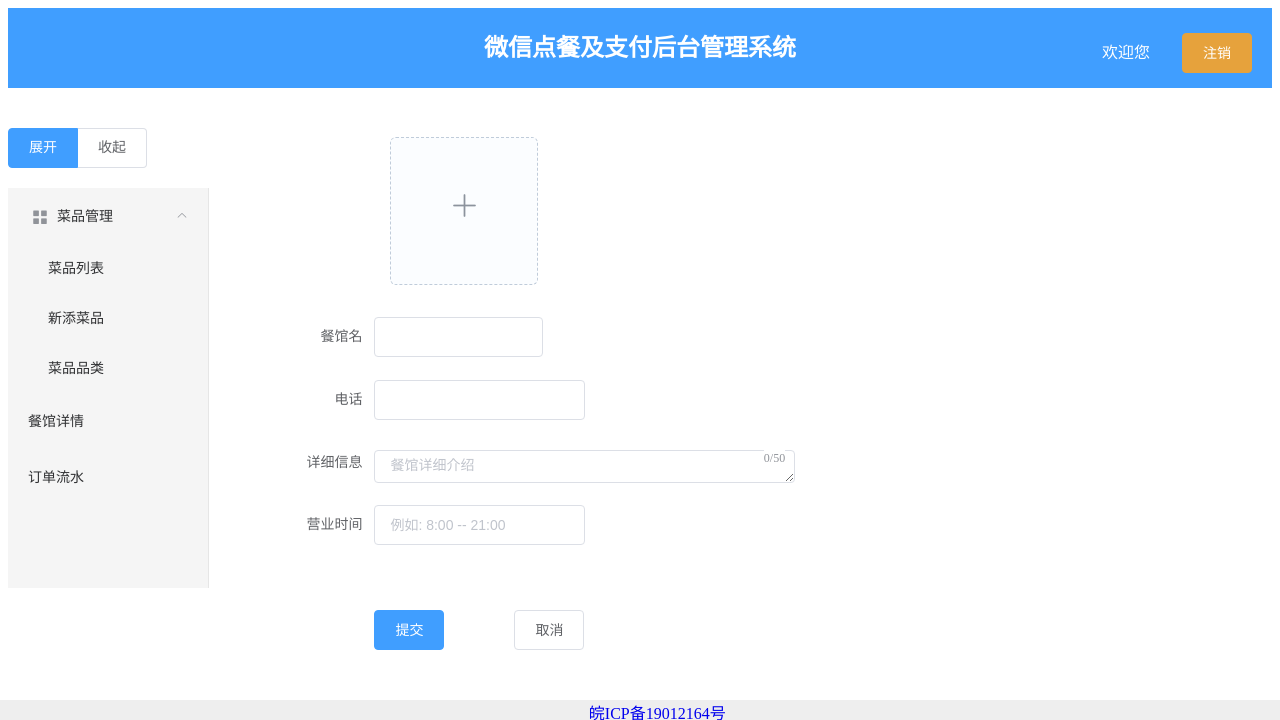
Repository: align-shi/order-web
Page: /pointpayment/hotelTable
These files come from the project's save history. The page is drawn as it stood at one moment and after the next save; the edit follows.
The browser window is 1280 px wide. The pictures show the whole page.
The page's requests for data from a server got no answer. The project was rebuilt for these pictures with package versions that can differ from the ones it lists, and the page was loaded fresh each time. No one was signed in, and anything a server would have sent is missing. Also part of the build but not shown: src/pages/login.vue.

Above is the page before, as saved 2020-03-11 21:22:47.

### index.html
<!DOCTYPE html>
<html>
  <head>
    <meta charset="utf-8">
    <meta name="viewport" content="width=device-width,initial-scale=1.0">
    <title>pointpayment_ele</title>
  </head>
  <body>
    <div id="app"></div>
    <!-- built files will be auto injected -->
  </body>
  <div style="position: fixed;left: 0px;bottom: 0px;width: 100%;height:20px;background-color: #eee;">
    <a href="http://www.beian.miit.gov.cn" target="_blank" style="margin-left: 46%">皖ICP备19012164号</a>
  </div>
</html>

### src/App.vue
<template>
  <div id="app">
    <transition name="fade" mode="out-in">
			<router-view></router-view>
		</transition>
  </div>
</template>

<script>
export default {
  name: 'App'
}
</script>

<style>
  .header{
    background-color: #409EFF;
    color: white;
    text-align: center;
  }
</style>

### src/pages/main.vue
<template>
    <div>
        <el-container>
            <el-header class="header" height="80px">
                <headers></headers>
            </el-header>
            <el-main>
                <!-- <span v-if="!user" class="loginFont">
                        <el-button type="success"  @click="login">点击登录</el-button>
                </span>   -->
                <div class="centerContent">
                    <transition name="fade" mode="out-in">
						<router-view></router-view>
					</transition>
                </div>

            </el-main>

            <el-aside>
                    <navMenuVue></navMenuVue>
            </el-aside>

        </el-container>

    </div>
</template>

<script>

    import headers from '../components/header.vue';
    import navMenuVue from '../components/NavMenu.vue';

    export default {

        created:function(){

        },
        methods: {
            login () {
                this.$router.replace('/login')
            },
            logout () {
                this.$store.dispatch('logout').then(() => {
                    this.$router.replace('/login')
                })
            },
            dataPath(){
                this.$router.replace('/dataTable')
            },
            getStatus (urlStr) {
                var urlStrArr = urlStr.split('/')
                return urlStrArr[urlStrArr.length - 1]
            }
        },

        computed: {
            user () {
                return this.$store.state.user
            }
        },
        components: {
            headers,
            navMenuVue,
            key() {
                return this.$route.name !== undefined? this.$route.name +new Date(): this.$route +new Date()
            }
         },
         watch:{
            '$route' (to, from) {
                // console.log(this.getStatus(this.$route.path))
             }
         }
    }
</script>
<style>

    .userContent{
        position: relative;
        top: -50px;
        float: right;
    }
    .centerContent{
        position: absolute;
        top: 19%;
        left:15%;
        width:80%;
    }
    .loginFont{
        top: 30%;
        position: absolute;
        left:46%;
    }
</style>

### src/components/createMenu.vue
<template>
    <div class="form">
          <el-upload
            class="upload"
            action=""
            list-type="picture-card"
            :on-preview="handlePictureCardPreview"
            :on-remove="handleRemove"
            :limit = 1
            :before-upload="UpladFile"
            >
            <!--  :on-change="saveFile"  :auto-upload="false"  :on-change="saveFile" :auto-upload="false" :before-upload="UpladFile" -->
            <i class="el-icon-plus"></i>
          </el-upload>
          <el-dialog :visible.sync="dialogVisible">
            <img width="100%" :src="dialogImageUrl" alt="">
          </el-dialog>

          <el-form :model="form" label-width="80px" :rules="formRules" ref="form">
            <el-form-item label="菜名" prop="dishes">
              <el-input v-model="form.dishes" auto-complete="off" style="width:40%"></el-input>
            </el-form-item>

            <el-form-item label="价格" prop="price">
              <el-input v-model="form.price" auto-complete="off" style="width:10%"></el-input>
            </el-form-item>

            <el-form-item label="菜品类别" prop="typeId">
              <el-select clearable  v-model="form.typeId" placeholder="菜品类别" autocomplete="off"
                      style="width: 30%">
              <el-option v-for="item in typeList" :key="item.id" :label="item.typeName"
                        :value="item.id"></el-option>
              </el-select>
            </el-form-item>
          </el-form>

        <div class="buttons">
            <el-button type="primary" @click.native="submit" :loading="submitLoading">提交</el-button>
            <el-button @click.native="clean" style="margin-left:5em;">取消</el-button>
        </div>

    </div>
</template>
<script>
    export default {

        data(){
            return{
                file:{},
                dialogVisible:false,
                dialogImageUrl:'',
                fileList:[],        //文件列表
                typeList:[],        //菜品类别表
                form: {             //提交表单
                  dishes:'',
                  price:'',
                  picture:'',
                  typeId:'',
                },
                submitLoading:false,
                uploadingFile:false,
                //表单验证
                formRules: {
                  dishes: [
                    { required: true, message: '请输入菜名', trigger: 'blur' },
                  ],
                  price: [
                    { required: true, message: '请输入价格', trigger: 'blur' },
                  ],
                  typeId:[
                    { required: true, message: '请输入菜品类别', trigger: 'blur' },
                  ],
                },
            }
        },
        created:function(){
            this.getTypeList()
        },
        methods: {
            // saveFile(file){
            //     this.file  = file.raw;
            //     this.fileList = [...this.fileList, this.file];
            // },
            submit(){
                this.$refs.form.validate((valid) => {
					if (valid) {
						this.$confirm('确认提交吗？', '提示', {}).then(() => {
                        this.submitLoading = true;
                        let para = Object.assign({}, this.form);
							// para.publishingDate = (!para.publishingDate || para.publishingDate == '') ? '':util.formatDate.format(new Date(para.publishingDate), 'yyyy-MM-dd');
                            this.submitMenu(para);
						});
					}
				});
            },
            submitMenu:function(para){
                // alert(JSON.stringify(para));
                this.$axios.post('/menu/insert',para).then((res) => {
                    if(res.data!=null){
                        this.$message.success('提交成功');
                    }
                    this.$refs['form'].resetFields();
                    this.editLoading = false;

                }).catch(function(error){
                        console.log(error);
                })
            },
            getTypeList(){
                this.$axios.post('/type/list').then((res) =>{
                this.typeList = res.data;
                })
            },
            handleRemove(file, fileList) {
                console.log(file, fileList);
            },
            handlePictureCardPreview(file) {
                this.dialogImageUrl = file.url;
                this.dialogVisible = true;
            },
            a(){

            },
            UpladFile(file){

                this.fileList = [...this.fileList,file];
                const formData = new FormData();
                var list = this.fileList;
                var that = this;
                list.forEach((file) => {
                    console.log(file);
                    formData.append('files',file);
                });

                formData.append('path','pic');
                this.$axios.post('/file/uploadFile',formData).then((res) => {
                    if(res.data!=null){
                        this.fileList= [];
                        this.form.picture = res.data[0];

                    }
                }).catch(function(error){
                    this.uploadingFile = false;
                })
                this.uploadingFile = false;
            }
        },
        computed: {

        }
    }
</script>
<style>
    .upload{
      margin-left: 6em;
      margin-bottom: 2em;
    }

    .form{
        margin-top:2%;
        margin-left:20%;
    }

    .buttons{
        margin-top:4em;
        margin-left:5em;
    }
</style>

### src/components/orderTable.vue
<template>
    <div>
        <div style="margin-bottom: 1em;">
            <el-col :span="2">
                <el-input v-model="order.tablenumber"  placeholder="请输入桌号名"></el-input>
            </el-col>

            <el-col :span="5" :offset="1">
                <el-input v-model="order.wxaccount"  placeholder="顾客微信名" ></el-input>
            </el-col>
            <el-button @click="search" icon="el-icon-search">搜索</el-button>
        </div>


        <el-table ref="multipleTable" :data="tableData.slice((currentPage-1)*pageSize,currentPage*pageSize)" border style="width: 100%"
            @selection-change="handleSelectionChange" :cell-style="cellStyle" :header-cell-style="rowClass">


            <el-table-column type="expand">
                <template slot-scope="props">
                    <el-form label-position="left" inline class="demo-table-expand">
                        <div>
                            <el-card class="box-card" shadow="hover" v-for="(item,i) in props.row.carts" :key="i"
                                style="float:left;margin-left:1em;margin-bottom:.5em;background-color:#F5F5F5">
                                菜品 : {{item.dishes}}   &#12288;&#12288;单价 : {{item.price}}    &#12288;&#12288;数量 : {{item.quantity}}
                            </el-card>
                        </div>

                    </el-form>
                </template>
            </el-table-column>

            <el-table-column prop="openId" label="用户标识" show-overflow-tooltip width="140"></el-table-column>
            <el-table-column prop="wxaccount" label="顾客微信名" align="center"></el-table-column>
            <el-table-column prop="tablenumber" label="桌号" show-overflow-tooltip width="200"></el-table-column>
            <el-table-column prop="money" label="总额(元)" width="100"></el-table-column>

            <el-table-column label="操作">
            <template slot-scope="scope">
                <el-button type="warning" plain @click="handleChangeStatus(scope.$index, scope.row)" v-show="scope.row.status == 1">
                  请求处理    <i class="el-icon-loading"></i>
                </el-button>
                <div v-show="scope.row.status == 2"> 已处理&#12288;<i class="el-icon-check"></i></div>
                <!-- <i class="el-icon-check" v-show="scope.row.status == 2"></i> -->
            </template>
          </el-table-column>
        </el-table>

        <el-pagination background
            @size-change="handleSizeChange"
            @current-change="handleCurrentChange"
            :current-page="currentPage"
            :page-sizes="[5,10,50, 100]"
            :page-size="pageSize"
            layout="total, sizes, prev, pager, next, jumper"
            :total="total">
        </el-pagination>
    </div>
</template>

<script>
export default {
    data(){
        return {

                total:5,
                currentPage: 1,
　　　　　　　　　pageSize: 5,

                msg:"",//记录每一条的信息，便于取id

                tableData: [],
                multipleSelection: [],
                order:{
                    tablenumber:null,
                    wxaccount:''
                }

        }
    },

    created: function(){
      this.getPackData();
    },

    mounted() {
			this.getPackData();
    },
    methods: {

      getPackData() {

        this.$axios({
            method: 'post',
            url: '/order/getListBy',
            data:{}
        }).then((res) => {
            this.tableData = res.data;
            this.total=this.tableData.length;
            // alert(JSON.stringify(res.data));
        }).catch(function(error){
            console.log(error);
        })

      },
      search(){
        this.$axios({
            method: 'post',
            url: '/order/getListBy',
            data:this.order
        }).then((res) => {
            this.tableData = res.data;
            this.total=this.tableData.length;
            // alert(JSON.stringify(res.data));
        }).catch(function(error){
            console.log(error);
        })
      },
      toggleSelection(rows) {
          if (rows) {
              rows.forEach(function(row)  {
                  this.$refs.multipleTable.toggleRowSelection(row);
              });
          } else {
              this.$refs.multipleTable.clearSelection();
          }
      },
      handleSelectionChange(val) {
          this.multipleSelection = val;
      },
      callbackFunction(result) {
                alert(result + "aaa");
            },
      handleSizeChange(val){
        this.pageSize = val;
        this.currentPage = 1;
        // this.fetchData(1, val);
        // console.log(`每页 ${val} 条`);
      },
      handleCurrentChange(val){
        this.currentPage = val;
        // this.fetchData(val, this.pageSize);
        // console.log(`当前页: ${val}`);
      },
      cellStyle({row,column,rowIndex,columnIndex}){
        return "text-align:center;"
      },
      rowClass({row,rowIndex}){
        return "text-align:center;"
      },

      handleChangeStatus:function(index,row){

        this.$axios({
            method: 'post',
            url: '/order/handleOrder',
            params:{id:row.id}
        }).then((res) =>{
          if(res.data == true){
            this.$message.success('处理成功');
          }
          row.status = 2;
        }).catch(function(error){
          console.log(error)
          that.$message.error('处理失败')
        })

      }

    }

}
</script>
<style>
    .el-table th {
        text-align: center;
    }

    /* .el-table tbody tr td:first-child {
        text-align: center;
    } */
    .upload{
      margin-left: 6em;
      margin-bottom: 2em;
    }
</style>

### src/components/hotelTable.vue
<template>
    <div class="form">
        <el-upload
            class="upload"
            action=""
            list-type="picture-card"
            :on-preview="handlePictureCardPreview"
            :on-remove="handleRemove"
            :limit = 1
            :before-upload="UpladFile"
            >
            <!--  :on-change="saveFile"  :auto-upload="false"  :on-change="saveFile" :auto-upload="false" :before-upload="UpladFile" -->
            <i class="el-icon-plus"></i>
        </el-upload>
        <el-dialog :visible.sync="dialogVisible">
            <img width="100%" :src="dialogImageUrl" alt="">
        </el-dialog>

        <el-form :model="form" label-width="80px" :rules="formRules" ref="form">
            <el-form-item label="餐馆名" prop="name">
                <el-input v-model="form.name" auto-complete="off" style="width:20%"></el-input>
            </el-form-item>

            <el-form-item label="电话" prop="phone">
                <el-input v-model="form.phone" auto-complete="off" style="width:25%"></el-input>
            </el-form-item>

            <el-form-item label="详细信息" prop="info">
                <el-input type="textarea" v-model="form.info"
                style="width:50%" autosize maxlength="50" show-word-limit placeholder="餐馆详细介绍">
                </el-input>
            </el-form-item>

            <el-form-item label="营业时间" prop="time">
                <el-input  placeholder="例如: 8:00 -- 21:00" v-model="form.time" style="width:25%">
                </el-input>
            </el-form-item>

        </el-form>

        <div class="buttons">
            <el-button type="primary" @click.native="submit" :loading="submitLoading">提交</el-button>
            <el-button @click.native="clean" style="margin-left:5em;">取消</el-button>
        </div>
    </div>
</template>
<script>
    export default {

        data(){
            return{
                file:{},
                dialogVisible:false,
                dialogImageUrl:'',
                fileList:[],        //文件列表
                typeList:[],        //菜品类别表
                form: {             //提交表单
                  name:'',
                  pic:'',
                  address:'',
                  phone:'',
                  info:'',
                  time:'',
                },
                submitLoading:false,
                uploadingFile:false,
                //表单验证
                formRules: {
                  dishes: [
                    { required: true, message: '请输入菜名', trigger: 'blur' },
                  ],
                  price: [
                    { required: true, message: '请输入价格', trigger: 'blur' },
                  ],
                  typeId:[
                    { required: true, message: '请输入菜品类别', trigger: 'blur' },
                  ],
                },
            }
        },
        created:function(){
            this.getTypeList()
        },
        methods: {
            // saveFile(file){
            //     this.file  = file.raw;
            //     this.fileList = [...this.fileList, this.file];
            // },
            submit(){
                this.$refs.form.validate((valid) => {
					if (valid) {
						this.$confirm('确认提交吗？', '提示', {}).then(() => {
                        this.submitLoading = true;
                        let para = Object.assign({}, this.form);
							// para.publishingDate = (!para.publishingDate || para.publishingDate == '') ? '':util.formatDate.format(new Date(para.publishingDate), 'yyyy-MM-dd');
                            this.submitMenu(para);
						});
					}
				});
            },
            submitMenu:function(para){
                // alert(JSON.stringify(para));
                this.$axios.post('/menu/insert',para).then((res) => {
                    if(res.data!=null){
                        this.$message.success('提交成功');
                    }
                    this.$refs['form'].resetFields();
                    this.editLoading = false;

                }).catch(function(error){
                        console.log(error);
                })
            },
            getTypeList(){
                this.$axios.post('/type/list').then((res) =>{
                this.typeList = res.data;
                })
            },
            handleRemove(file, fileList) {
                console.log(file, fileList);
            },
            handlePictureCardPreview(file) {
                this.dialogImageUrl = file.url;
                this.dialogVisible = true;
            },
            a(){

            },
            UpladFile(file){

                this.fileList = [...this.fileList,file];
                const formData = new FormData();
                var list = this.fileList;
                var that = this;
                list.forEach((file) => {
                    console.log(file);
                    formData.append('files',file);
                });

                formData.append('path','pic');
                this.$axios.post('/file/uploadFile',formData).then((res) => {
                    if(res.data!=null){
                        this.fileList= [];
                        this.form.picture = res.data[0];

                    }
                }).catch(function(error){
                    this.uploadingFile = false;
                })
                this.uploadingFile = false;
            }
        },
        computed: {

        }
    }
</script>
<style>
    .upload{
      margin-left: 6em;
      margin-bottom: 2em;
    }

    .form{
        margin-top:0%;
        margin-left:10%;
    }

    .buttons{
        margin-top:4em;
        margin-left:5em;
    }
</style>

### src/components/header.vue
<template>
    <div id="header">
        <h2>微信点餐及支付后台管理系统</h2>
        <div class="userContent">
            <span>
                <label>欢迎您</label>&nbsp;&nbsp;&nbsp;{{this.username}}&nbsp;&nbsp;&nbsp;&nbsp;
                <el-button type="warning"  @click="login" style="">注销</el-button>
            </span>
        </div>
    </div>
</template>

<script>
    export default {

        data(){
            return{
                username:''
            }
        },
        created:function(){
            this.username=this.getUserName();
        },
        methods: {
            login () {
                this.$router.replace('/login')
            },
            logout () {
                this.$store.dispatch('logout').then(() => {
                    this.$router.replace('/login')
                })
            },
            dataPath(){
                this.$router.replace('/dataTable')
            },
            getUserName(){
                if (document.cookie.length > 0) {
                    var arr = document.cookie.split('; '); //这里显示的格式需要切割一下自己可输出看下
                    for (var i = 0; i < arr.length; i++) {
                        var arr2 = arr[i].split('='); //再次切割
                        if (arr2[0] == 'userName') {
                            return arr2[1];
                        }
                    }
                }
            }
        },
        computed: {
            user () {
                return this.$store.state.user
            }
        }
    }
</script>
<style>
    .userContent{
        position: relative;
        top: -40px;
        float: right;
    }
</style>

### src/components/NavMenu.vue
<template>
    <div id="navMenu">
        <el-radio-group v-model="isCollapse" style="margin-bottom: 20px;">
            <el-radio-button :label="false">展开</el-radio-button>
            <el-radio-button :label="true">收起</el-radio-button>
        </el-radio-group>

         <el-menu default-active="1" class="el-menu-vertical-demo"
            @open="handleOpen" @close="handleClose" :collapse="isCollapse" @select="handleSelect" :router="true"
            background-color="#F5F5F5">

            <el-submenu v-for="(item,i) in navList" :key="'1'+i" v-show="item.second" :index="item.name">
                <template slot="title">
                    <i class="el-icon-menu"></i>
                    <span>{{ item.navItem}}</span>
                </template>
                <el-menu-item v-for="(sec,j) in item.second" :key="j" :index="sec.name">{{sec.navItem}}</el-menu-item>
            </el-submenu>

            <el-menu-item v-for="(item,i) in navList" :key="i" v-show="!item.second" :index="item.name">
            {{ item.navItem }}
            </el-menu-item>


        </el-menu>
    </div>
</template>

<script>
    export default {
        data() {
            return {
                isCollapse: false,
                navList:[
                    {name:'/hotelTable',navItem:'餐馆详情'},
                    {name:'/orderTable',navItem:'订单流水'},
                    {name:'1',navItem:'菜品管理',
                        second:[{name:'/menuTable',navItem:'菜品列表'},
                                {name:'/createMenu',navItem:'新添菜品'},
                                {name:'/typeTable',navItem:'菜品品类'}]},
                ]
            };
        },
        created:function(){

        },
        methods: {
            handleOpen(key, keyPath) {
                // console.log(key, keyPath);
            },
            handleClose(key, keyPath) {
                // console.log(key, keyPath);
            },
            handleSelect(key, keyPath) {
                // console.log(key, keyPath);
                this.$router.push(key);
            }
        }
  }
</script>
<style>
    .el-menu-vertical-demo:not(.el-menu--collapse) {
        width: 200px;
        min-height: 400px;
    }
</style>

Loaded but not shown: src/router/index.js (45 lines, source omitted); src/main.js (27 lines, source omitted); src/components/menuTable.vue (352 lines, source omitted); src/components/typeTable.vue (306 lines, source omitted)

After the next save:
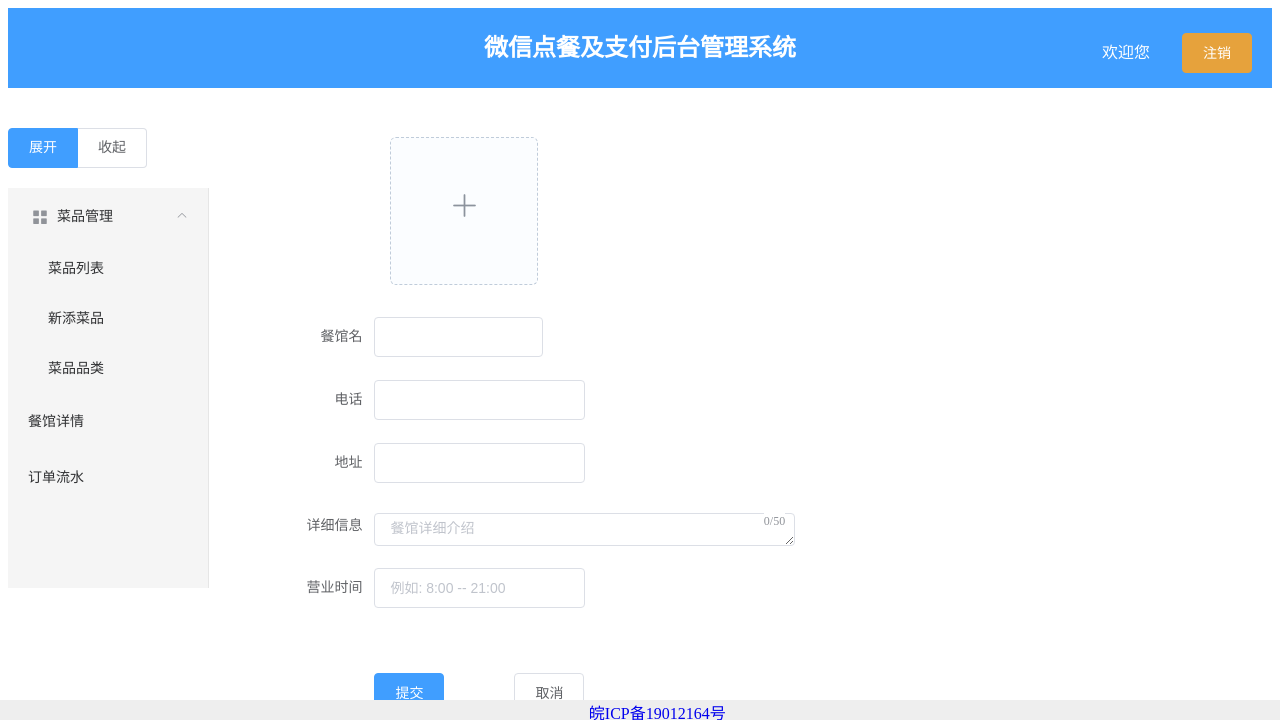
Saved 10 min 12 s later.
--- a/src/components/hotelTable.vue
+++ b/src/components/hotelTable.vue
@@ -22,6 +22,10 @@
             </el-form-item>
 
             <el-form-item label="电话" prop="phone">
+                <el-input v-model="form.phone" auto-complete="off" style="width:25%"></el-input>
+            </el-form-item>
+
+            <el-form-item label="地址" prop="phone">
                 <el-input v-model="form.phone" auto-complete="off" style="width:25%"></el-input>
             </el-form-item>
 
